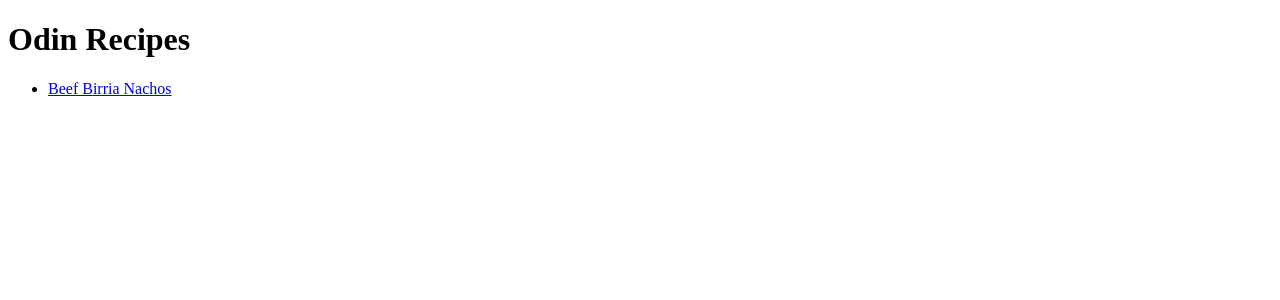
Repository: itsDevAK/odin-recipes
Page: index.html
An editor plug-in stored every save of this project. The page is shown before and after the next save, followed by the edit.
The browser window is 1280 px wide. The pictures show the whole page.

Above is the page before, as saved 2026-09-17 12:53:37.

### index.html
<!DOCTYPE html>
<html lang="en">
<head>
    <meta charset="UTF-8">
    <meta name="viewport" content="width=device-width, initial-scale=1.0">
    <title>Odin Recipes</title>
</head>
<body>
    <h1>Odin Recipes</h1>
    <ul>
        <li>
            <a href="./recipes/nachos.html">Beef Birria Nachos</a>
        </li>
    </ul>
</body>
</html>

After the next save:
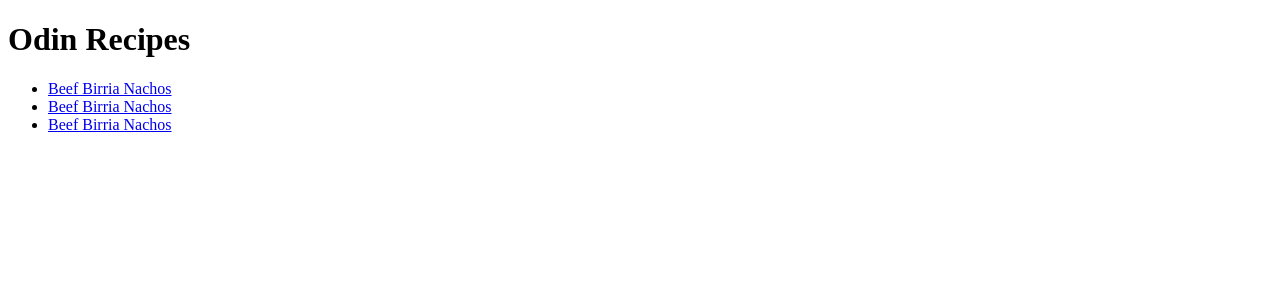
Saved 5 s later.
--- a/index.html
+++ b/index.html
@@ -11,6 +11,12 @@
         <li>
             <a href="./recipes/nachos.html">Beef Birria Nachos</a>
         </li>
+        <li>
+            <a href="./recipes/nachos.html">Beef Birria Nachos</a>
+        </li>
+        <li>
+            <a href="./recipes/nachos.html">Beef Birria Nachos</a>
+        </li>
     </ul>
 </body>
 </html>

After the save that followed:
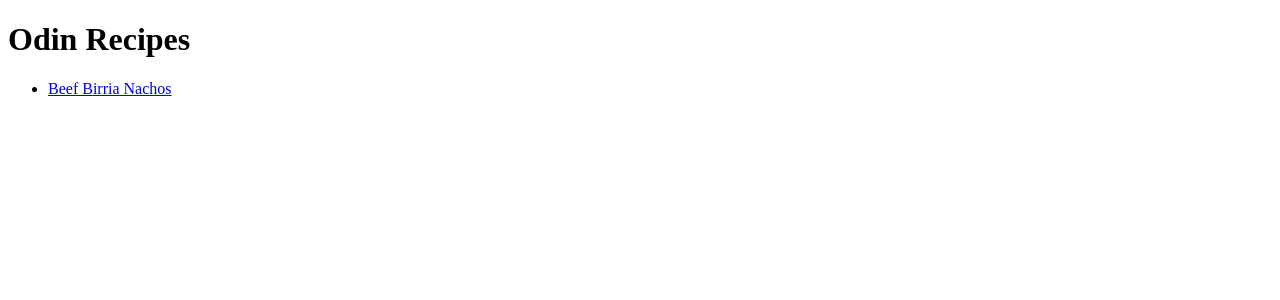
Saved 5 min 15 s later.
--- a/index.html
+++ b/index.html
@@ -11,12 +11,6 @@
         <li>
             <a href="./recipes/nachos.html">Beef Birria Nachos</a>
         </li>
-        <li>
-            <a href="./recipes/nachos.html">Beef Birria Nachos</a>
-        </li>
-        <li>
-            <a href="./recipes/nachos.html">Beef Birria Nachos</a>
-        </li>
     </ul>
 </body>
 </html>
